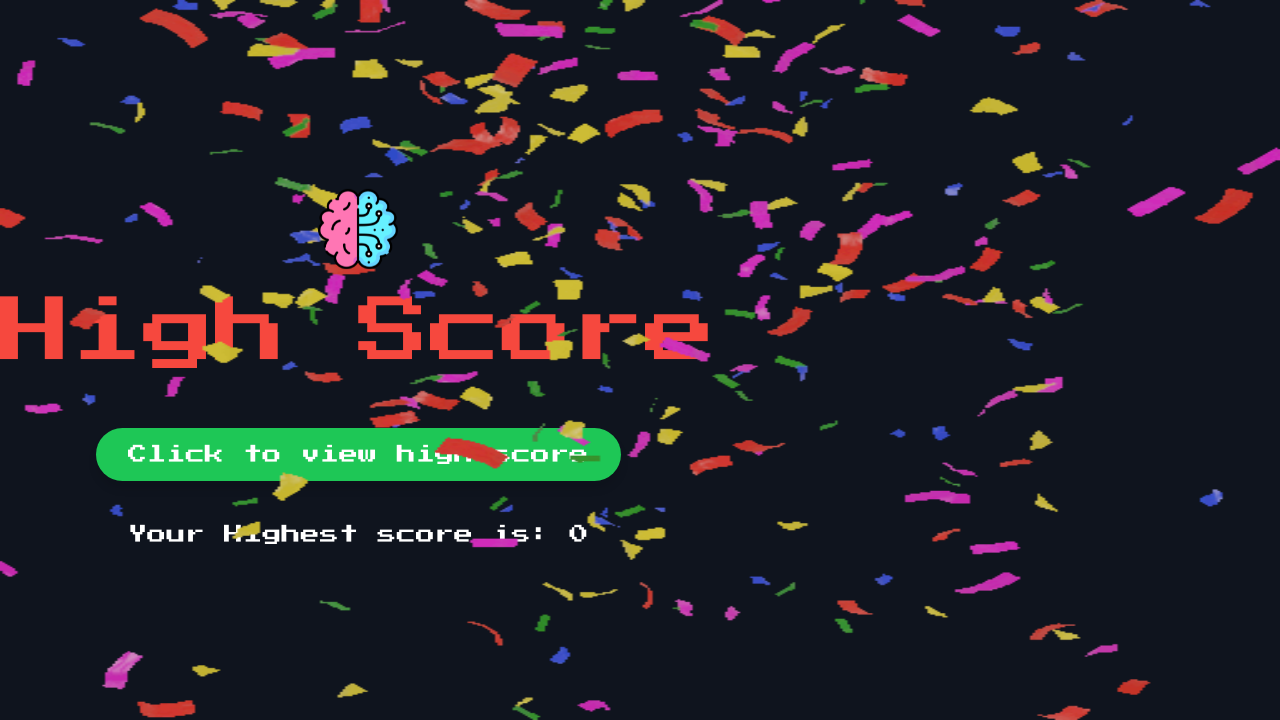
Repository: Shenixo/Color_match_game
Page: /high_score
The author's editor kept a copy of each file at every save. The page is drawn from the files as they stood at one save, then again after a run of saves.
The browser window is 1280 px wide. The pictures show the whole page.
The project was rebuilt for these pictures with package versions that can differ from the ones it lists, and the page was loaded fresh each time. Also part of the build but not shown: vite.config.js, src/Components/Card/Card.css, src/Components/Card/Card.jsx, src/Pages/Home/Home.jsx, src/Pages/Rules/Rules.css, src/Pages/Rules/Rules.jsx, src/Pages/Sound/Sound.jsx, src/Pages/GamePlay/GamePlay.css and 3 more. Imported but missing from the stored project, and not drawn on this page: src/assets/button_clicks.wav, src/assets/celebration.mp3, src/assets/game_theme_sound.mp4, src/assets/lose.wav, src/assets/win.wav.

Above is the page before, as saved 2025-02-04 15:21:17.

### index.html
<!DOCTYPE html>
<html lang="en">
  <head>
    <meta charset="UTF-8" />
    <link rel="icon" type="image/svg+xml" href="/vite.svg" />
    <meta name="viewport" content="width=device-width, initial-scale=1.0" />
    <link rel="preconnect" href="https://fonts.googleapis.com" />
    <link rel="preconnect" href="https://fonts.gstatic.com" crossorigin />
    <link rel="preconnect" href="https://fonts.googleapis.com">
<link rel="preconnect" href="https://fonts.gstatic.com" crossorigin>
<link href="https://fonts.googleapis.com/css2?family=Inter:ital,opsz,wght@0,14..32,100..900;1,14..32,100..900&family=Poppins:ital,wght@0,100;0,200;0,300;0,400;0,500;0,600;0,700;0,800;0,900;1,100;1,200;1,300;1,400;1,500;1,600;1,700;1,800;1,900&family=Press+Start+2P&display=swap" rel="stylesheet">
    <title>Color Match</title>
  </head>
  <body>
    <div id="root"></div>
    <script type="module" src="/src/main.jsx"></script>
  </body>
</html>

### src/App.jsx
import { Route, Routes } from "react-router-dom";
import "./App.css";
import Home from "./Pages/Home/Home";
import Rules from "./Pages/Rules/Rules";
import Sound from "./Pages/Sound/Sound";
import GamePlay from "./Pages/GamePlay/GamePlay";
import HighScore from "./Pages/HighScore/HighScore";

function App() {
  return (
    <div>
      <Routes>
        <Route path="/" element={<Home />} />
        <Route path="/game_play" element={<GamePlay/>}/>
        <Route path="/rules" element={<Rules />} />
        <Route path="/sound" element={<Sound />} />
        <Route path="/high_score" element={<HighScore />} />
      </Routes>
    </div>
  );
}

export default App;

### src/App.css
*{
  padding: 0;
  margin: 0;
  box-sizing: border-box;
  font-family: "Inter", serif;
}
body{
  background: #0f141e;
}

### src/Pages/HighScore/HighScore.jsx
import { useEffect, useState } from "react";
import { listenForScoreUpdates } from "../../Components/Card/Card";
import Title from "../../Components/Title/Title";
import celebration_gif from "../../assets/celebration_gif.gif";
import { CelebrationSound, TabClick } from "../../Components/Sound/Sound";
import "./HighScore.css";
import Tab from "../../Components/Tab/Tab";

const HighScore = () => {
    const [viewHighScore, setViewHighScore] = useState(false)
    const handleViewHighScore = () => {
        setViewHighScore(pv => !pv)
        TabClick()
    }
  const [score, setScore] = useState(
    () => parseInt(localStorage.getItem("score")) || 0
  );
  const [highScore, setHighScore] = useState(
    () => parseInt(localStorage.getItem("high_score")) || 0
  );

  useEffect(() => {
    listenForScoreUpdates(setScore);
  }, []);

  useEffect(() => {
    if (score > highScore) {
      localStorage.setItem("high_score", score);
      setHighScore(score);
    }
  }, [score]);
  useEffect(() => {
    CelebrationSound();
  }, []);

  return (
    <div className="high-score-container">
      <img className="celebration-gif" src={celebration_gif} alt="celebration gif" />
      <div className="container">
              <Title content="High Score" />
              {
                  <Tab content="Click to view high score" onClickTab={handleViewHighScore} />

              }
        <h2 className="high_score">Your Highest score is: {highScore}</h2>
      </div>
    </div>
  );
};

export default HighScore;

### src/Components/Tab/Tab.jsx
import { Link } from "react-router-dom";
import "./Tab.css";
import PropTypes from "prop-types";

const Tab = ({ content, path = "", onClickTab = () => {} }) => {
  return (
    <Link to={path} style={{ textDecoration: "none" }}>
      <div
        onClick={onClickTab}
        className="tab"
      >
        <h1>{content}</h1>
      </div>
    </Link>
  );
};

Tab.propTypes = {
  content: PropTypes.node.isRequired,
  path: PropTypes.string,
  onClickTab: PropTypes.func.isRequired,
};

export default Tab;

### src/Components/Title/Title.jsx
/* eslint-disable react/prop-types */
import "./Title.css";
import brain from "../../assets/brain.png";
import { Link } from "react-router-dom";
import { TabClick } from "../../Components/Sound/Sound";
import ChosenColor from "../../Components/ChosenColorDisplay/ChosenColorDisplay";
import { useEffect, useState } from "react";

const Title = ({ content }) => {
  const [hint, setHint] = useState(false);

  useEffect(() => {
    const handleHintUpdated = (event) => setHint(event.detail);
    document.addEventListener("hintUpdated", handleHintUpdated);
    return () => {
      document.removeEventListener("hintUpdated", handleHintUpdated);
    };
  }, []);

  return (
    <div className="title">
      <h1>{content}</h1>
      <div className="image-div">
        <ChosenColor className={ hint ? "display-bulb" : ""} />
        <Link to="/">
          <img src={brain} onClick={TabClick} alt="Brain image" width={80} />
        </Link>
      </div>
    </div>
  );
};

export default Title;

### src/Pages/Home/Home.css
.home{
    width: 100%;
    max-height: 100svh;
}
.container{
    display: flex;
    align-items: center;
    justify-content: center;
    margin-top: 6%;
    flex-direction: column;
    gap: 1rem;
}

### src/Components/Sound/Sound.jsx
import Game_sound from "../../assets/game_theme_sound.mp4";
import Tab_sound from "../../assets/button_clicks.wav";
import celebration from "../../assets/celebration.mp3"

let game_theme = new Audio(Game_sound);
game_theme.loop = true;
const GameTheme = () => {
  if (game_theme.paused) {
    game_theme.play();
  } else {
    game_theme.pause();
    game_theme.currentTime = 0;
  }
};


const TabClick = () => {
  const tab_clicks = new Audio(Tab_sound)
  tab_clicks.play()
}

/*
let tab_clicks = new Audio(Tab_sound);
let isSoundPlaying = false;

const TabClick = () => {
  if (!isSoundPlaying) {
    tab_clicks.play();
    isSoundPlaying = true;
  }
};

const StopTabClick = () => {
  if (isSoundPlaying) {
    tab_clicks.pause();
    tab_clicks.currentTime = 0;
    isSoundPlaying = false;
  }
}; */

let celebration_sound = new Audio(celebration)
celebration_sound.loop = true
const CelebrationSound = () => {
  if (celebration_sound.paused) celebration_sound.play()
  else {
    celebration_sound.pause()
    celebration_sound.currentTime = 0
  }
}
export { GameTheme, TabClick, CelebrationSound };

### src/Pages/HighScore/HighScore.css
.high_score{
    color: white;
    font-size: 1.2rem;
    font-family: "Press Start 2P", serif;
}
.high-score-contain{
    position: relative;
}
.celebration-gif{
    width: 100%;
    height: 100%;
    position: fixed;
    top: 0;
    bottom: 0;
    /* z-index: -1; */

}
.high-score-container{
/* z-index: 999; */
}

### src/Components/Tab/Tab.css
.tab{
    padding: 1rem;
    border-radius: 30px;
    background: #1ec756;
    color: white;
    cursor: pointer;
    transition: .5s;
    box-shadow: 0 8px 8px rgba(0, 0, 0, 0.1);
    padding-inline: 2rem;
    margin-bottom: 1.5rem;
    min-width: 250px;
    text-align: center;
    transition: .5s;

}
.tab h1{
    font-family: "Press Start 2P", serif;
    font-size: 1.2rem;
}
.tab:hover{
    /* background: #50C878; */

}
.tab:active{
  scale: .895;
  opacity: .8;
}

### src/Components/Title/Title.css
.title {
  display: flex;
  align-items: center;
  gap: 1rem;
  color: #f6483e;
  font-size: 1.4rem;
  margin-bottom: 2.5rem;
  flex-direction: column-reverse;
}
.title h1 {
  font-family: "Press Start 2P", serif;
}
.title img{
  z-index: 99 !important;
}
.image-div{
  position: relative;
}
.bulb-icon{
  position: absolute;
   top: 50%;
  left: 50%;
  transform: translate(20%, -50%);
  z-index: -4;
  transition: top 0.5s ease-in-out;
}
.display-bulb{
  top: -6%;
}
@media only screen and (max-width: 600px){
  .title{
    font-size: 1.1rem;
  }
}

@media only screen and (max-width: 440px){
  .title{
    font-size: .8rem;
  }
}

### src/Components/ChosenColorDisplay/ChosenColorDisplay.jsx
/* eslint-disable react/prop-types */
import { useState, useEffect } from "react";
import EmojiObjectsIcon from "@mui/icons-material/EmojiObjects";
const ChosenColorDisplay = ({className = ""}) => {
  const [chosenColor, setChosenColor] = useState(null);

  useEffect(() => {
    const handleColorChosen = (event) => {
      setChosenColor(event.detail);
    };
    document.addEventListener("colorChosen", handleColorChosen);
    return () => {
      document.removeEventListener("colorChosen", handleColorChosen);
    };
  }, []);
  return (
    <span>
      <EmojiObjectsIcon
        style={{
          color: chosenColor || "#ccc",
          fontSize: 30,
          marginLeft: "-20px",
          filter: chosenColor
            ? `drop-shadow(0px 0px 14px ${chosenColor})`
            : "none",
          transition: "filter 0.3s ease-in-out",
        }}
        className={`bulb-icon ${className}`}
      />
    </span>
  );
};

export default ChosenColorDisplay;

Loaded but not shown: src/main.jsx (common file); src/index.css (common file)

After the next 7 saves:
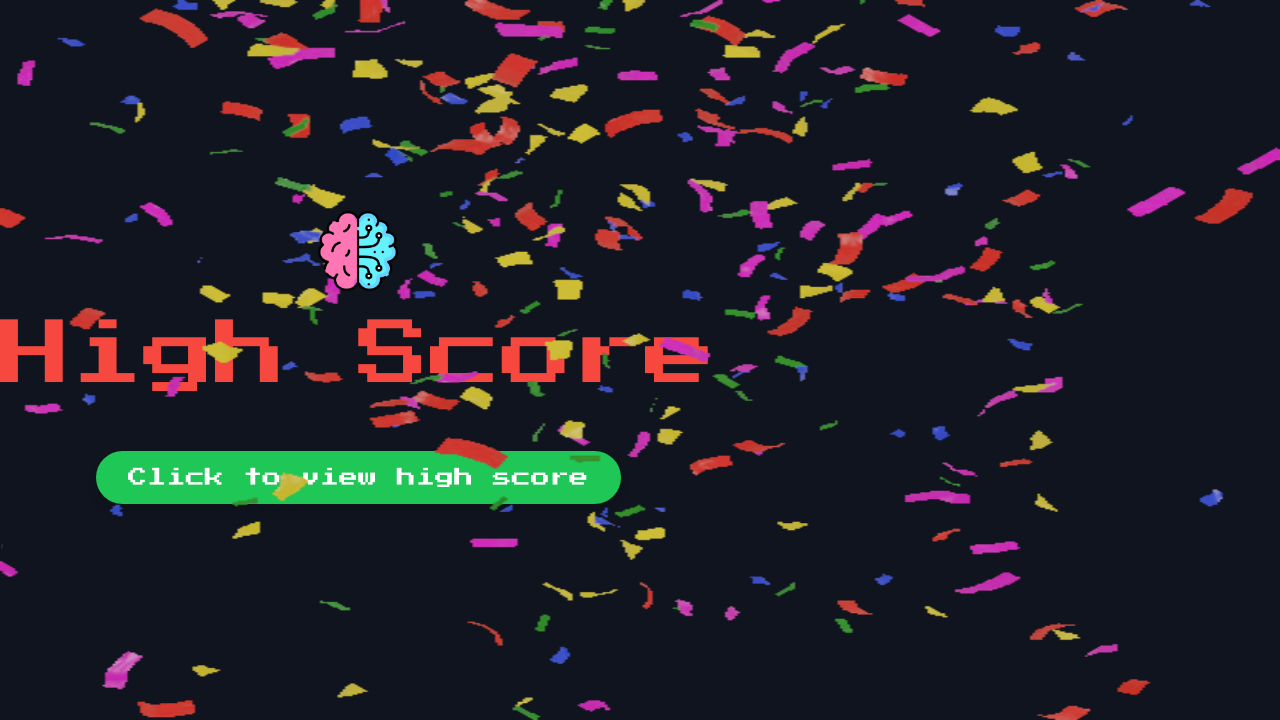
The 7 saves are shown as one change because 1 did not build or start and some came seconds apart.
The last was saved 28 s later.
--- a/src/Pages/HighScore/HighScore.jsx
+++ b/src/Pages/HighScore/HighScore.jsx
@@ -7,11 +7,11 @@ import "./HighScore.css";
 import Tab from "../../Components/Tab/Tab";
 
 const HighScore = () => {
-    const [viewHighScore, setViewHighScore] = useState(false)
-    const handleViewHighScore = () => {
-        setViewHighScore(pv => !pv)
-        TabClick()
-    }
+  const [viewHighScore, setViewHighScore] = useState(false);
+  const handleViewHighScore = () => {
+    setViewHighScore((pv) => !pv);
+    TabClick();
+  };
   const [score, setScore] = useState(
     () => parseInt(localStorage.getItem("score")) || 0
   );
@@ -35,14 +35,21 @@ const HighScore = () => {
 
   return (
     <div className="high-score-container">
-      <img className="celebration-gif" src={celebration_gif} alt="celebration gif" />
+      <img
+        className="celebration-gif"
+        src={celebration_gif}
+        alt="celebration gif"
+      />
       <div className="container">
-              <Title content="High Score" />
-              {
-                  <Tab content="Click to view high score" onClickTab={handleViewHighScore} />
-
-              }
-        <h2 className="high_score">Your Highest score is: {highScore}</h2>
+        <Title content="High Score" />
+        {!viewHighScore ? (
+          <Tab
+            content="Click to view high score"
+            onClickTab={handleViewHighScore}
+          />
+        ) : (
+          <h2 className="high_score">Your Highest score is: {highScore}</h2>
+        )}
       </div>
     </div>
   );
